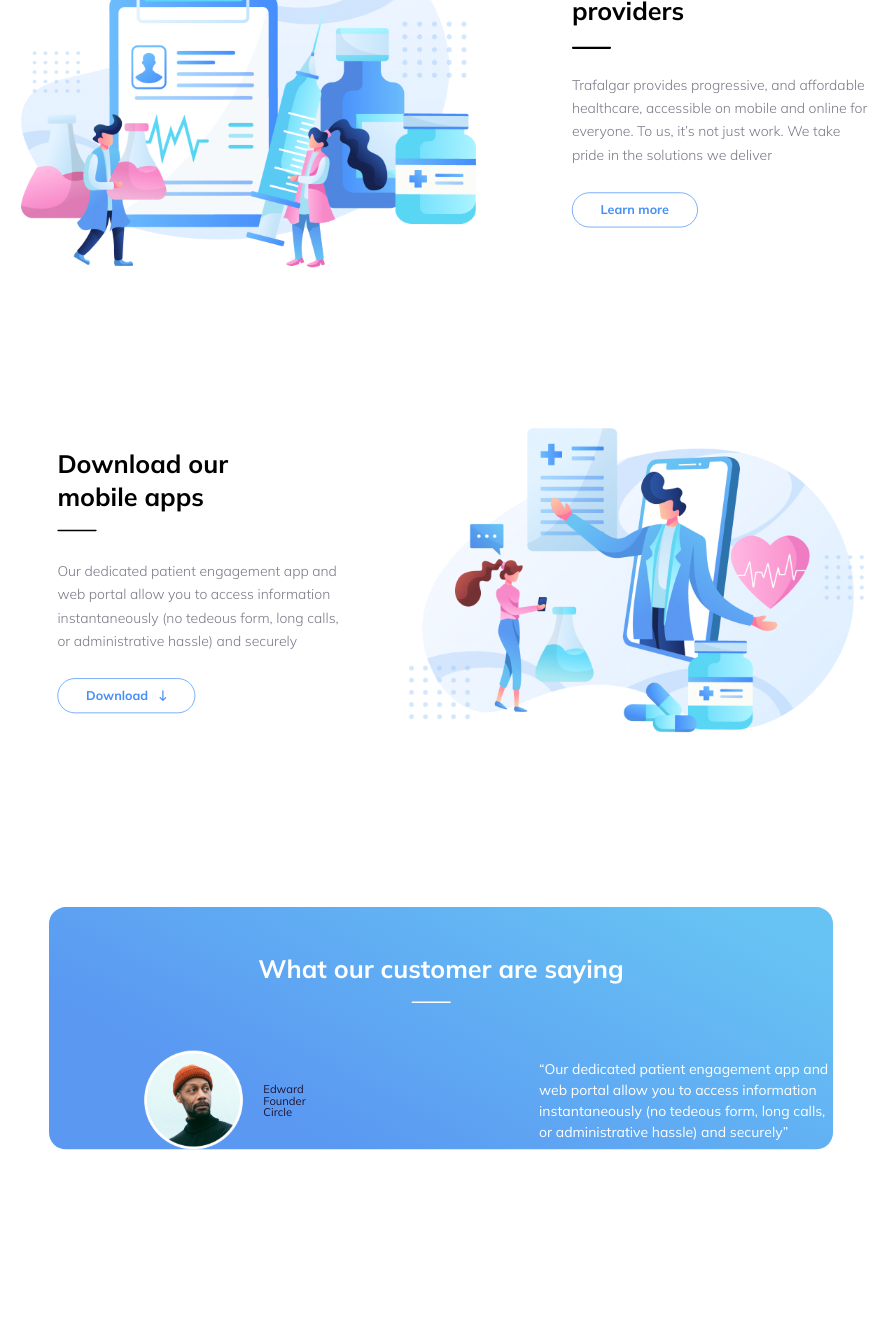
Repository: tungcutte35/Trafalgar
Page: index.html
An editor plug-in stored every save of this project. The page is shown before and after the next save, followed by the edit.
The browser window is 1280 px wide. The pictures show the part of the page from y = 2447 to 4367 px (the page is 4367 px tall), at 70% of full size.
The style sheet was rebuilt from its Sass, Less or Tailwind sources for each picture, by a compiler version that may differ from the author's.

Above is the page before, as saved 2021-10-18 00:46:54.

### index.html
<!DOCTYPE html>
<html lang="en">
<head>
  <meta charset="UTF-8">
  <meta http-equiv="X-UA-Compatible" content="IE=edge">
  <meta name="viewport" content="width=device-width, initial-scale=1.0">
  <title>Trafalgar</title>
  <link rel="stylesheet" href="./sass/css/app.css">
  <link rel="preconnect" href="https://fonts.googleapis.com">
  <link rel="preconnect" href="https://fonts.gstatic.com" crossorigin>
  <link href="https://fonts.googleapis.com/css2?family=Mulish:wght@300;400;700&display=swap" rel="stylesheet">
 <link rel="stylesheet" href="./font/fontawesome-free-5.15.4-web/css/all.min.css">
</head>
<body>
  <div class="wrapper">
    <header class="header">
    <div class="container">
      <div class="header-main">
        <img srcset="./Images/logo.png 2x" alt="" class="header-img">
        <ul class="menu">
          <li class="menu-item">
            <a href="#" class="menu-link menu-firsd">Home</a>
          </li>
          <li class="menu-item">
            <a href="#" class="menu-link">Find a doctor</a>
          </li>
          <li class="menu-item">
            <a href="#" class="menu-link">Apps</a>
          </li>
          <li class="menu-item">
            <a href="#" class="menu-link">Testimonials</a>
          </li>
          <li class="menu-item">
            <a href="#" class="menu-link">About us</a>
          </li>
          <li class="menu-log">
            <a href="#" class="button button--outline ">Login</a>
          </li>
          <li class="menu-log">
            <a href="#" class="button button--primary ">Logup</a>
          </li>
        </ul>
      </div>
    </div>
    </header>
    <section class="virtual">
      <div class="container">
        <div class="virtual-main">
          <div class="virtual-firsd">
            <h2 class="virtual-heading">Virtual
              for you</h2>
            <p class="text virtual-content">Trafalgar provides progressive, and affordable healthcare, accessible on mobile and online for everyone</p>
            <a href="#" class="button button--primary">Consult today</a>
          </div>
          <div class="virtual-img">
            <img srcset="./Images/img1.png 2x" alt="" class="virtual-imgs">
          </div>
        </div>
      </div>
    </section>
    <secction class="sevices">
      <div class="container">
        <div class="sevices-header">
          <h3 class="heading sevices-heading">Our services</h3>
          <p class="text sevices-content">We provide to you the best choiches for you. Adjust it to your health needs and make sure your undergo treatment with our highly qualified doctors you can consult with us which type of service is suitable for your health</p>
        </div>
        <div class="sevices-main">
          <div class="sevices-item">
            <div class="sevices-price">
            <img class="sevices-img" srcset="./Images/icon1.png 2x" alt="">
            </div>
            <h4 class="heading sevices-title">Search doctor</h4>
            <p class="text sevices-desc">Choose your doctor from thousands of specialist, general, and trusted hospitals</p>
          </div>
          <div class="sevices-item">
            <div class="sevices-price">
            <img class="sevices-img" srcset="./Images/icon2.png 2x" alt="">
            </div>
            <h4 class="heading sevices-title">Online pharmacy</h4>
            <p class="sevices-desc">Buy  your medicines with our mobile application with a simple delivery system</p>
          </div>
          <div class="sevices-item">
            <div class="sevices-price">
            <img class="text sevices-img" srcset="./Images/icon3.png 2x" alt="">
            </div>
            <h4 class="heading sevices-title">Consultation</h4>
            <p class="sevices-desc">Free consultation with our trusted doctors and get the best recomendations</p>
          </div>
          <div class="sevices-item">
            <div class="sevices-price">
            <img class="sevices-img" srcset="./Images/icon4.png 2x" alt="">
            </div>
            <h4 class="heading sevices-title">Details info</h4>
            <p class="text sevices-desc">Free consultation with our trusted doctors and get the best recomendations</p>
          </div>
          <div class="sevices-item">
            <div class="sevices-price">
            <img class="sevices-img" srcset="./Images/icon5.png 2x" alt="">
            </div>
            <h4 class="heading sevices-title">Emergency care</h4>
            <p class="text sevices-desc">You can get 24/7 urgent care for yourself or your children and your lovely family</p>
          </div>
          <div class="sevices-item">
            <div class="sevices-price">
            <img class="sevices-img" srcset="./Images/icon6.png 2x" alt="">
            </div>
            <h4 class="heading sevices-title">Tracking</h4>
            <p class="text sevices-desc">Track and save your medical history and health data </p>
          </div>
        </div>
        <a href="" class="button button--outline sevices-more">Learn more</a>
      </div>
    </secction>
    <section class="lead">
      <div class="container">
        <div class="lead-main">
          <div class="lead-img">
            <img srcset="./Images/img2.png 2x" alt="">
          </div>
          <div class="lead-firsd">
            <h3 class="heading lead-heading">
              Leading healthcare providers
            </h3>
          <div class="lead-title">
            <p class="text lead-content">
              Trafalgar provides progressive, and affordable healthcare, accessible on mobile and online for everyone. To us, it’s not just work. We take pride in the solutions we deliver
            </p>
          </div>
            <a href="#" class="button button--outline">Learn more</a>
          </div>


        </div>
      </div>
    </section>
    <section class="download">
      <div class="container">
        <div class="download-main">
          <div class="dowload-firds">
            <h3 class="heading download-heading">
              Download our mobile apps
            </h3>
            <p class="text download-content">
              Our dedicated patient engagement app and web portal allow you to access information instantaneously (no tedeous form, long calls, or administrative hassle) and securely
            </p>
            <a href="#" class="button button--outline">
              <span>Download</span>
              <img class="download-icon" src="./Images/Bottom.svg" alt="">
            </a>
          </div>
          <img srcset="./Images/img3.png 2x" alt="" class="download-img">
        </div>
      </div>
    </section>
    <section class="customer">
      <div class="container">
        <div class="customer-main">
          <div class="customer-firds">
            <h3 class="heading customer-heading">
              What our customer are saying
            </h3>
          </div>
          <div class="customer-seconds">
            <div class="customer-name">
              <img class="customer-img" srcset="./Images/avt.png 2x" alt="">
              <p class="customer-name-firsd">
                Edward
                <span>Founder Circle</span>
              </p>
            </div>
            <div class="customer-contents">
              <p class="customer-content">
                “Our dedicated patient engagement app and web portal allow you to access information instantaneously (no tedeous form, long calls, or administrative hassle) and securely”
              </p>
            </div>
          </div>
        </div>
      </div>
    </section>
  </div>
<!-- sass app.scss css/app.css --watch -->

</body>
</html>

### sass/app.scss
@import "reset";
@import "variables";
@import "global";
@import "header";
@import "./menu";
@import "./virtual";
@import "./sevices";
@import "./lead";
@import "./download";
@import "./customer";

### sass/_variables.scss
$font: "Mulish", sans-serif;
$gray: #1f1534;
$heading-color: #000000;
$primary-color: #458ff6;
$footer-color: #fff;
$text-color: #7d7987;

### sass/_global.scss
.wrapper {
  max-width: 1600px;
  margin: 0 auto;
}
.container {
  max-width: 1260px;
  margin: 0 auto;
  padding: 0 20px;
}
body {
  font-family: $font;
  line-height: 1;
  font-size: 16px;
  color: $gray;
}
ul {
  list-style-type: none;
}
.button {
  display: inline-flex;
  justify-content: center;
  align-items: center;
  font-size: 18px;
  font-weight: 700;
  height: 50px;
  padding: 0 40px;
  border-radius: 55px;
  background-color: transparent;
  border: 0;
  outline: none;
  cursor: pointer;
  &--primary {
    color: #fff;
    background-color: $primary-color;
  }
  &--outline {
    color: $primary-color;
    border: 1.4px solid $primary-color;
  }
}
.heading {
  color: black;
  font-weight: 700;
}
.text {
  font-size: 18px;
  font-weight: 300;
  color: $text-color;
  line-height: calc(30 / 18);
}

### sass/_header.scss
.header {
  padding-top: 56px;
  margin-bottom: 70px;
  &-main {
    display: flex;
    justify-content: space-between;
    align-items: center;
  }
  &-log {
    display: flex;
    justify-content: space-between;
    align-items: center;
    gap: 0 40px;
  }
}

### sass/_menu.scss
.menu {
  display: flex;
  align-items: center;
  gap: 0 30px;
  &-link {
    color: #8f8a9a;
    font-size: 18px;
  }
  &-firsd {
    color: $gray;
    font-weight: 700;
  }
  &-link:after {
    display: block;
    content: "";
    border-bottom: solid 2px $primary-color;
    transform: scaleX(0);
    transition: transform 250ms ease-in-out;
  }
  &-link:hover:after {
    transform: scaleX(1);
  }
  &-link:hover {
    color: $primary-color;
  }
}

### sass/_virtual.scss
.virtual {
  margin-bottom: 175px;
  &-main {
    display: flex;
    justify-content: space-between;
    align-items: center;
  }
  &-firsd {
    width: 100%;
    max-width: 445px;
    padding-right: 2px;
  }
  &-heading {
    font-size: 48px;
    width: 100%;
    max-width: 197px;
    line-height: calc(56 / 48);
    margin-bottom: 25px;
  }
  &-content {
    font-size: 21px;
    font-weight: 300;
    line-height: calc(32 / 21);
    margin-bottom: 45px;
  }
}

### sass/_sevices.scss
.sevices {
  &-header {
    max-width: 952px;
    margin: 0 auto 35px;
    text-align: center;
  }
  &-heading {
    font-size: 36px;
    line-height: calc(56 / 36);
    position: relative;
    &::after {
      content: "";
      position: absolute;
      bottom: -23px;
      left: 47%;
      width: 56px;
      height: 2px;
      background-color: black;
    }
  }
  &-content {
    display: flex;
    align-items: center;
    justify-content: center;
    margin-top: 50px;
  }
  &-main {
    display: grid;
    grid-template-columns: repeat(3, 1fr);
    grid-gap: 37px 34px;
    max-width: 1120px;
    margin: 35px 40px;
    position: relative;
  }
  &-item {
    height: 350px;
    background-color: #fff;
    border-radius: 20px;
    box-shadow: 10px 40px 50px rgba(229, 233, 246, 0.4);
  }
  &-img {
    padding: 54px 0 23px 37px;
  }
  &-title {
    font-size: 24px;
    padding: 0 0 1px 38px;
  }
  &-desc {
    font-size: 16px;
    font-weight: 300;
    line-height: calc(28 / 16);
    max-width: 266px;
    margin-left: 38px;
  }
  &-price {
    height: 170px;
    width: auto;
  }
  &-more {
    margin: 190px 0;
    margin-left: 42%;
  }
}

### sass/_lead.scss
.lead {
  margin-bottom: 230px;
  &-main {
    display: flex;
    justify-content: space-between;
    align-items: center;
    gap: 0 137px;
  }
  &-img {
    width: 100%;
    max-width: 650px;
  }
  &-firsd {
    max-width: 486px;
    margin-top: -30px;
  }
  &-heading {
    font-size: 36px;
    line-height: calc(56 / 36);
    margin-bottom: 60px;
    position: relative;

    &::after {
      content: "";
      position: absolute;
      width: 56px;
      height: 3px;
      bottom: -26px;
      left: 0;
      border-radius: 10px;
      background-color: black;
    }
  }
  &-content {
    max-width: 430px;
    height: auto;
    font-size: 20px;
    line-height: calc(30 / 18);
    margin-bottom: 37px;
  }
}

### sass/_download.scss
.download {
  margin-bottom: 250px;
  margin-left: 62px;
  &-main {
    display: flex;
    justify-content: space-between;
    align-items: center;
    gap: 0 71px;
    width: 100%;
    max-width: 1156px;
    position: relative;
  }
  &-firsd {
    max-width: 420px;
    padding-left: 145px;
  }
  &-heading {
    max-width: 254px;
    font-size: 36px;
    line-height: calc(47 / 36);
    padding-bottom: 66px;
    position: relative;
    &::after {
      content: "";
      position: absolute;
      width: 56px;
      height: 2px;
      bottom: 40px;
      left: 0;
      border-radius: 6px;
      background-color: black;
    }
  }
  &-content {
    max-width: 410px;
    font-size: 20px;
    line-height: calc(30 / 18);
    margin-bottom: 37px;
  }
  &-icon {
    padding-left: 15px;
  }
}

### sass/_customer.scss
.customer {
  margin-bottom: 278px;
  &-main {
    max-width: 1120px;
    margin-left: 40px;
    background: linear-gradient(208.18deg, #67c3f3 9.05%, #5a98f2 76.74%);
    border-radius: 24px;
  }
  &-firds {
    display: flex;
    align-items: center;
    justify-content: center;
  }
  &-heading {
    max-width: 522px;
    font-size: 36px;
    color: white;
    line-height: calc(48 / 36);
    margin-top: 64px;
    position: relative;
    margin-bottom: 93px;
    &::after {
      content: "";
      position: absolute;
      bottom: -25px;
      left: 42%;
      width: 56px;
      height: 2px;
      background-color: white;
      border-radius: 6px;
    }
  }
  &-seconds {
    display: flex;
    justify-content: space-between;
    align-items: center;
    gap: 0 175px;
    margin-left: 192px;
  }
  &-img {
    max-width: 141px;
    height: 141px;
  }
  &-name {
    max-width: 119px;
    display: flex;
    align-items: center;
    justify-content: center;
    gap: 0 29px;
  }
  &-content {
    width: 100%;
    max-width: 420px;
    font-size: 20px;
    line-height: calc(30 / 20);
    color: white;
  }
}

Loaded but not shown: font/fontawesome-free-5.15.4-web/css/all.min.css (library); sass/_reset.scss (common file)

After the next save:
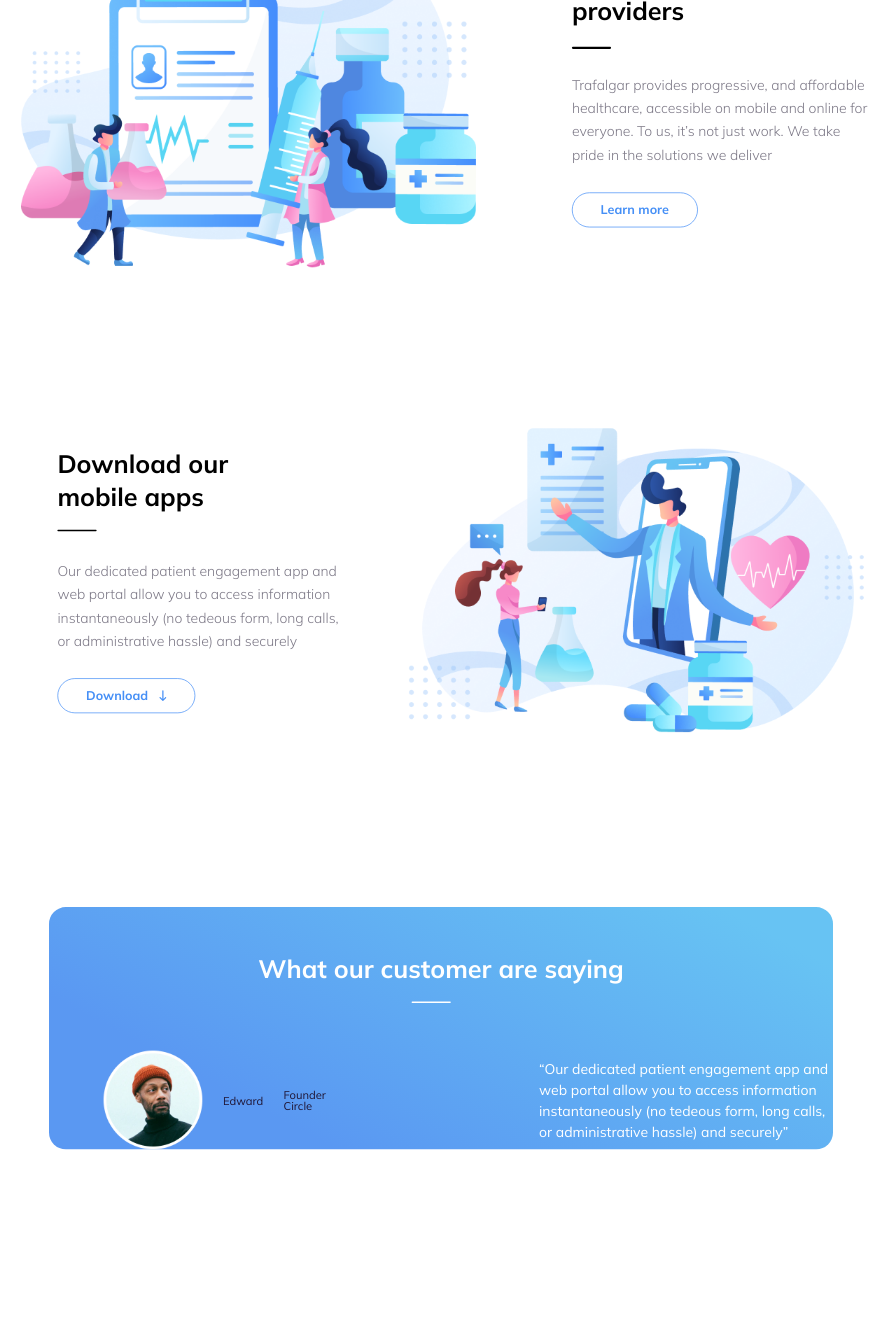
Saved 27 s later.
--- a/index.html
+++ b/index.html
@@ -165,7 +165,7 @@
               <img class="customer-img" srcset="./Images/avt.png 2x" alt="">
               <p class="customer-name-firsd">
                 Edward
-                <span>Founder Circle</span>
+                <p class="customer-job">Founder Circle</p>
               </p>
             </div>
             <div class="customer-contents">

After the save that followed:
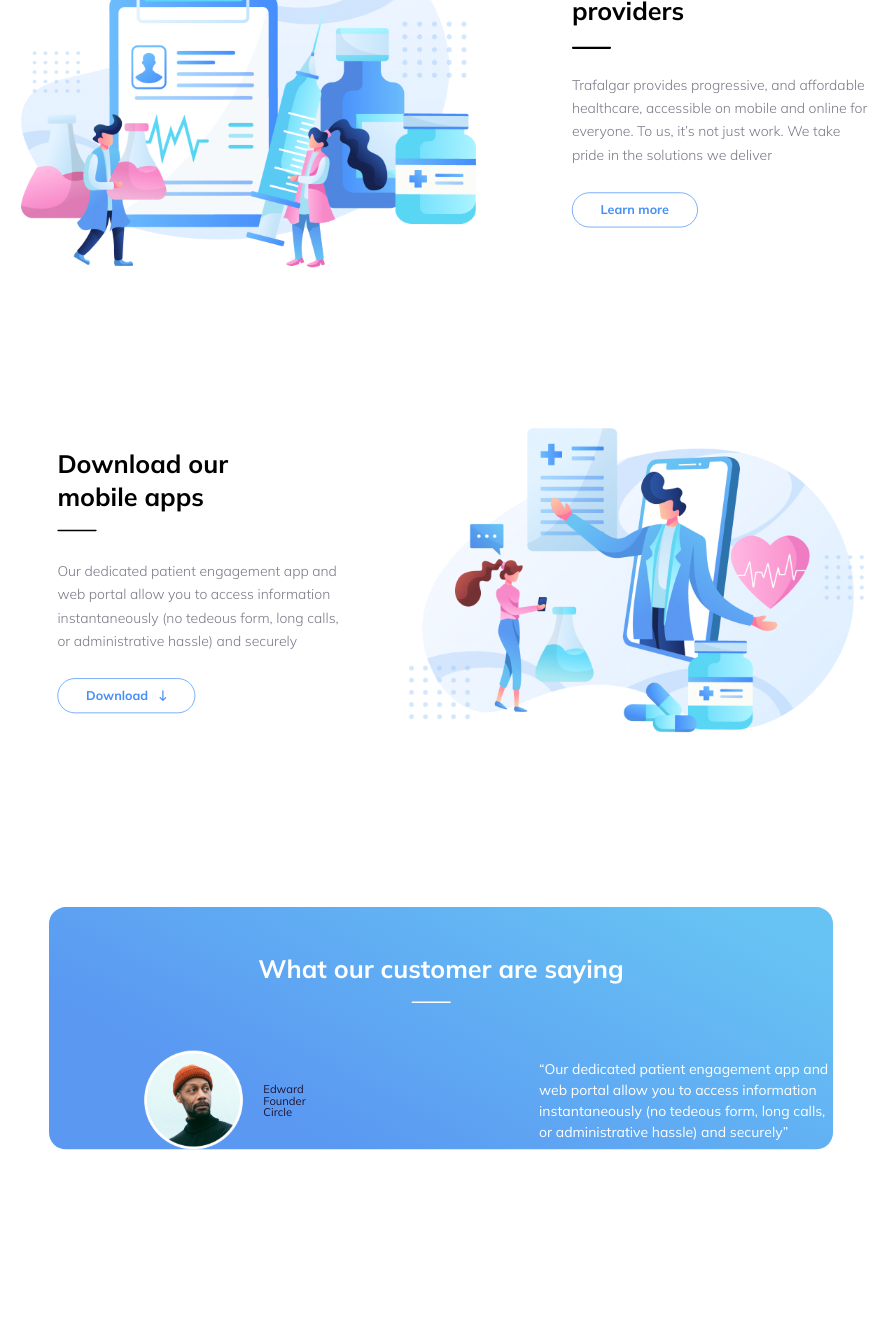
Saved 22 s later.
--- a/index.html
+++ b/index.html
@@ -165,7 +165,7 @@
               <img class="customer-img" srcset="./Images/avt.png 2x" alt="">
               <p class="customer-name-firsd">
                 Edward
-                <p class="customer-job">Founder Circle</p>
+                <span>Founder Circle</span>
               </p>
             </div>
             <div class="customer-contents">
